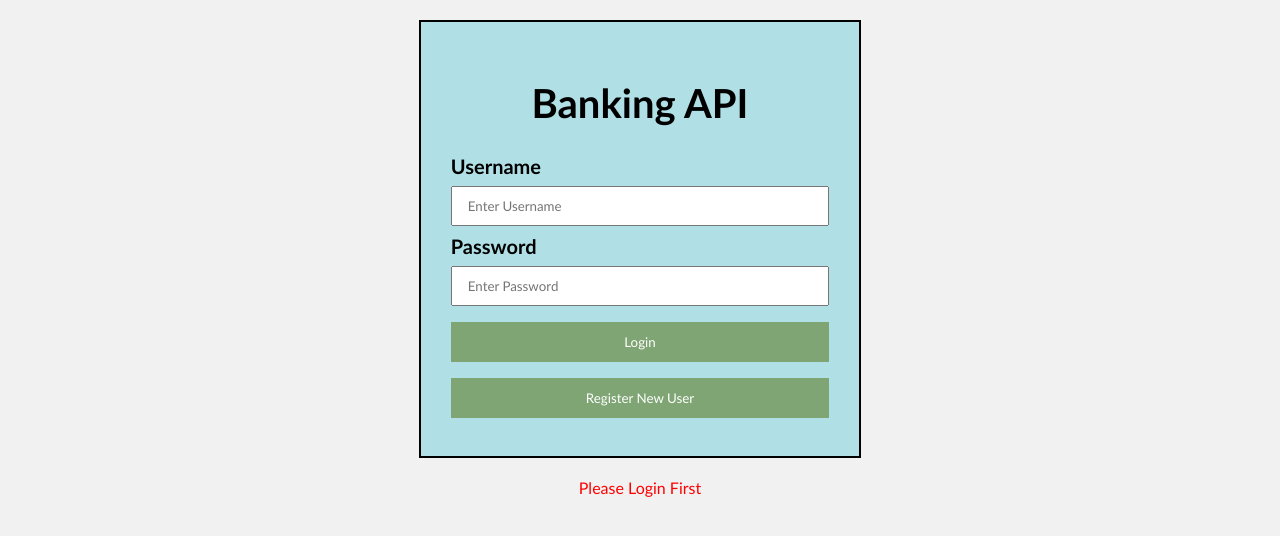
Repository: kennyufish/Revature_ROCP1_Project_Banking_API
Page: http://localhost/banking_api/userInfo
An editor plug-in stored every save of this project. The page is shown before and after the next save, followed by the edit.
The browser window is 1280 px wide. The pictures show the whole page.
The page is served by Tomcat 9. The session is filled in as if someone had signed in: {"accessRole": "admin"}. Other server files are loaded and not shown.

Above is the page before, as saved 2020-10-11 00:00:42.

### banking_api/src/main/webapp/index.html
<!DOCTYPE html>
<html>
<head>
<meta charset="ISO-8859-1">
<title>Banking API Login</title>
<link rel="stylesheet" type="text/css" href="bankapi.css"/>
</head>
<body style="background-color: #f1f1f1">
	<div class="loginLayout">
		<h1 align="center">Banking API</h1>
		<form action="loginUser" method="post">
			<label for="username"><b>Username</b></label>
			<input class="loginInput" type="text" name="username" placeholder="Enter Username" required>
			<label for="password"><b>Password</b></label>
			<input class="loginInput" type="password" name="password" placeholder="Enter Password" required>
			<button type="submit">Login</button>
		</form>

		<form action="registerNewUser">
			<button>Register New User</button>
		</form>
	</div>
</body>
</html>

### banking_api/src/main/java/com/app/banking/controller/UserInfoController.java
package com.app.banking.controller;

import java.io.IOException;
import java.io.PrintWriter;

import javax.servlet.RequestDispatcher;
import javax.servlet.ServletException;
import javax.servlet.http.HttpServlet;
import javax.servlet.http.HttpServletRequest;
import javax.servlet.http.HttpServletResponse;
import javax.servlet.http.HttpSession;

import com.app.banking.exception.BusinessException;
import com.app.banking.exception.UserException;
import com.app.banking.model.User;
import com.app.banking.service.UserInfoService;
import com.app.banking.service.UserInfoServiceImpl;

/**
 * Servlet implementation class UserInfoController
 */
public class UserInfoController extends HttpServlet {
	private static final long serialVersionUID = 1L;

	/**
	 * @see HttpServlet#HttpServlet()
	 */
	public UserInfoController() {
		super();
		// TODO Auto-generated constructor stub
	}

	/**
	 * @see HttpServlet#doGet(HttpServletRequest request, HttpServletResponse
	 *      response)
	 */

	protected void service(HttpServletRequest request, HttpServletResponse response)
			throws ServletException, IOException {

		response.setContentType("text/html");
		HttpSession session = request.getSession(false);
		UserInfoService service = new UserInfoServiceImpl();
		RequestDispatcher requestDispatcher = null;
		PrintWriter out = response.getWriter();

		try {
			// debug
			System.out.println("session id in UserInfoController(): " + session.getId());
			//

			User userSession = (User) session.getAttribute("user");
			User user = service.getUserInfo(userSession.getUsername(), userSession.getPassword());
			requestDispatcher = request.getRequestDispatcher("userInfo.html");
			requestDispatcher.include(request, response);

			out.print("<form action='updateUserInfo' method='post'>");
			out.print("<article><h1>");
			out.print("<table>");

			out.print("</td><tr>");
			out.print("<tr><th>User Role</th><td>");
			out.print(user.getRole().getRole());
			out.print("</td><tr>");
			out.print("<tr><th>User ID</th><td>");
			out.print(user.getUserId());
			out.print("</td><tr>");
			out.print("<tr><th>Username</th><td>");
			out.print(user.getUsername());
			out.print("</td><tr>");
			out.print("<tr><th>User Password</th><td>");
			out.print("<input class='userModifyInput' type='password' name='password' value='");
			out.print(user.getPassword() + "'>");
			out.print("</td><tr>");
			out.print("<tr><th>User First Name</th><td>");
			out.print("<input class='userModifyInput' type='text' name='firstName' value='");
			out.print(user.getFirstName() + "'>");
			out.print("</td><tr>");
			out.print("<tr><th>User Last Name</th><td>");
			out.print("<input class='userModifyInput' type='text' name='lastName' value='");
			out.print(user.getLastName() + "'>");
			out.print("</td><tr>");
			out.print("<tr><th>User Email</th><td>");
			out.print("<input class='userModifyInput' type='text' name='email' value='");
			out.print(user.getEmail() + "'>");

			out.print("</table>");

			out.print("<button type='submit'>Modify Info</button>");
			out.print("</form>");

			out.print("</h1></article>");

		} catch (BusinessException | UserException e) {
			requestDispatcher = request.getRequestDispatcher("index.html");
			requestDispatcher.include(request, response);
			out.print("<center><span style='color:red;'>" + e.getMessage() + "</span></center>");
		} catch (NullPointerException e) {
			requestDispatcher = request.getRequestDispatcher("index.html");
			requestDispatcher.include(request, response);
			out.print("<center><span style='color:red;'>Please Login First</span></center>");
		}
	}

}

### banking_api/src/main/java/com/app/banking/service/UserInfoServiceImpl.java
package com.app.banking.service;

import java.util.ArrayList;
import java.util.List;

import com.app.banking.dao.AccountDAO;
import com.app.banking.dao.AccountDAOImpl;
import com.app.banking.dao.UserDAO;
import com.app.banking.dao.UserDAOImpl;
import com.app.banking.exception.BusinessException;
import com.app.banking.exception.UserException;
import com.app.banking.model.Account;
import com.app.banking.model.AccountStatus;
import com.app.banking.model.AccountType;
import com.app.banking.model.User;

public class UserInfoServiceImpl implements UserInfoService {

	private UserDAO userDao = new UserDAOImpl();
	private AccountDAO accountDao = new AccountDAOImpl();

	@Override
	public User getUserInfo(String username, String password) throws BusinessException, UserException {
		// we can have validation in this service, skipping for simplicity
		User user = new User();
		user = (User) userDao.getUserByUsername(username);
		return user;
	}

	@Override
	public List<Account> getUserAccount(String username) throws BusinessException, UserException {
		List<Account> accountList = accountDao.getAccountByUsername(username);
		return accountList;
	}

	@Override
	public boolean updateUserInfo(User user) throws BusinessException, UserException {

		// updatedUser object
		User updatedUser = (User) user;
		return userDao.updateUser(updatedUser);
	}

}

### banking_api/src/main/java/com/app/banking/dao/UserDAO.java
package com.app.banking.dao;

import java.util.List;

import com.app.banking.exception.UserException;
import com.app.banking.model.Role;
import com.app.banking.model.User;

public interface UserDAO {

	public boolean updateUser(User user) throws UserException;

	public User getUserByUsername(String username) throws UserException;


//	public int addUser(User user) throws UserException;
//
//	// needs only the username to delete a record since its unique
//	public int deleteUser(String username) throws UserException;
//

//
//	// unique
//	public User getUserByUserId(int userId) throws UserException;
//

//	// composite key
//	public User getUserByFullNameBirthday(String firstname, String lastname, String birthDay) throws UserException;
//
//	// unique
//	public User getUserByEmail(String email) throws UserException;
//
//	public List<User> getAllUser() throws UserException;
//
//	public List<User> getUsersByFirstName(String firstName) throws UserException;
//
//	public List<User> getUsersByLastName(String lastName) throws UserException;
//
//	public List<User> getUsersByRole(Role role) throws UserException;

}

### banking_api/src/main/java/com/app/banking/dao/AccountDAO.java
package com.app.banking.dao;

import java.util.List;

import com.app.banking.exception.UserException;
import com.app.banking.model.Account;
import com.app.banking.model.AccountStatus;
import com.app.banking.model.AccountType;
import com.app.banking.model.Role;
import com.app.banking.model.User;

public interface AccountDAO {
	public List<Account> getAccountByUsername(String username) throws UserException;

//
//	public int addAccount(Account account) throws UserException;
//
//	//need to get account first before deleting, so we know the id for sure
//	public int deleteAccount(int accountId) throws UserException;
//
//	public int updateAccount(Account account) throws UserException;
//
//	// unique
//	public Account getAccountByAccountId(int accountId) throws UserException;
//
//
//	public List<Account> getAllAccounts() throws UserException;
//
//	public List<Account> getAccountByStatus(AccountStatus status) throws UserException;
//
//	public List<Account> getAccountByType(AccountType AccountType) throws UserException;

}

### banking_api/src/main/java/com/app/banking/dao/UserDAOImpl.java
package com.app.banking.dao;

import java.sql.Connection;
import java.sql.PreparedStatement;
import java.sql.ResultSet;
import java.sql.SQLException;

import com.app.banking.database.utility.MySqlConnection;
import com.app.banking.exception.UserException;
import com.app.banking.model.Role;
import com.app.banking.model.User;

public class UserDAOImpl implements UserDAO {

	@Override
	public User getUserByUsername(String username) throws UserException {

		User user = new User();
		try (Connection connection = MySqlConnection.getConnection()) {
			String sql = "SELECT userid,username,password,firstname,lastname,email,user.roleid,role "
					+ "FROM bankapi.user INNER JOIN bankapi.role ON user.roleid=role.roleid WHERE username = ?";

			PreparedStatement prepStatement = connection.prepareStatement(sql);
			prepStatement.setString(1, username);

			ResultSet resultSet = prepStatement.executeQuery();

			if (resultSet.next()) {
				user.setUserId(resultSet.getInt("userid"));
				user.setUsername(resultSet.getString("username"));
				user.setPassword(resultSet.getString("password"));
				user.setFirstName(resultSet.getString("firstname"));
				user.setLastName(resultSet.getString("lastname"));
				user.setEmail(resultSet.getString("email"));
				user.setRole(new Role(resultSet.getInt("roleid"), resultSet.getString("role")));
			}

			resultSet.close();

		} catch (ClassNotFoundException | SQLException e) {
			throw new UserException("Contact SYSADMIN : UserDAOImpl ERROR...");
		}

		return user;
	}

	@Override
	public boolean updateUser(User user) throws UserException {

		System.out.println("inside updateUser...");
		try (Connection connection = MySqlConnection.getConnection()) {
			String sql = "UPDATE bankapi.user SET password=?, firstname=?, lastname=?,email=? WHERE user.username=?";

			PreparedStatement prepStatement = connection.prepareStatement(sql);
			prepStatement.setString(1, user.getPassword());
			prepStatement.setString(2, user.getFirstName());
			prepStatement.setString(3, user.getLastName());
			prepStatement.setString(4, user.getEmail());
			prepStatement.setString(5, user.getUsername());
			System.out.println(prepStatement);

			if(prepStatement.executeUpdate() != 0) {
				return true;
			}else {
				return false;
			}

		} catch (ClassNotFoundException | SQLException e) {
			throw new UserException("Contact SYSADMIN : UserDAOImpl ERROR...");
		}

	}

}

### banking_api/src/main/java/com/app/banking/dao/AccountDAOImpl.java
package com.app.banking.dao;

import java.sql.Connection;
import java.sql.PreparedStatement;
import java.sql.ResultSet;
import java.sql.SQLException;
import java.util.ArrayList;
import java.util.List;

import com.app.banking.database.utility.MySqlConnection;
import com.app.banking.exception.UserException;
import com.app.banking.model.Account;
import com.app.banking.model.AccountStatus;
import com.app.banking.model.AccountType;
import com.app.banking.model.Role;

public class AccountDAOImpl implements AccountDAO {

	@Override
	public List<Account> getAccountByUsername(String username) throws UserException {
		List<Account> accountList = new ArrayList<Account>();

		try (Connection connection = MySqlConnection.getConnection()) {
			System.out.println("inside AccDAOImpl();");
			String sql = "SELECT firstname,lastname,user.username,accountid,balance,account.statusid,status,account.typeid,type FROM bankapi.user " +
					"INNER JOIN bankapi.account ON account.username=user.username " +
					"INNER JOIN bankapi.accountstatus ON account.statusid=accountstatus.statusid " +
					"INNER JOIN bankapi.accounttype ON account.typeid=accounttype.typeid " +
					"WHERE user.username=?;";

			PreparedStatement prepStatement = connection.prepareStatement(sql);
			prepStatement.setString(1, username);

			System.out.println("about to execute()....");
			ResultSet resultSet = prepStatement.executeQuery();

			System.out.println("executeQuery()....");
			while (resultSet.next()) {
				Account account = new Account();
				account.setAccountId(resultSet.getInt("accountId"));
				account.setBalance(resultSet.getDouble("balance"));
				account.setStatus(new AccountStatus(resultSet.getInt("statusId"),resultSet.getString("status")));
				account.setType(new AccountType(resultSet.getInt("typeId"),resultSet.getString("type")));
				account.setUsername(username);
				accountList.add(account);
			}

			System.out.println("output result");
			resultSet.close();

		} catch (ClassNotFoundException | SQLException e) {
			throw new UserException("Contact SYSADMIN : AccountDAOImpl ERROR...");
		}

		return accountList;
	}

}

### banking_api/src/main/java/com/app/banking/model/User.java
package com.app.banking.model;

//The User model keeps track of users information.
public class User {
	private int userId;
	private String username;
	private String password;
	private String firstName;
	private String lastName;
	private String email;
	private Role role;

	public User() {
		// TODO Auto-generated constructor stub
	}

	public User(int userId, String username, String password, String firstName, String lastName,
			String email, Role role) {
		super();
		this.userId = userId;
		this.username = username;
		this.password = password;
		this.firstName = firstName;
		this.lastName = lastName;
		this.email = email;
		this.role = role;
	}

	public int getUserId() {
		return userId;
	}

	public void setUserId(int userId) {
		this.userId = userId;
	}

	public String getUsername() {
		return username;
	}

	public void setUsername(String username) {
		this.username = username;
	}

	public String getPassword() {
		return password;
	}

	public void setPassword(String password) {
		this.password = password;
	}

	public String getFirstName() {
		return firstName;
	}

	public void setFirstName(String firstName) {
		this.firstName = firstName;
	}

	public String getLastName() {
		return lastName;
	}

	public void setLastName(String lastName) {
		this.lastName = lastName;
	}

	public String getEmail() {
		return email;
	}

	public void setEmail(String email) {
		this.email = email;
	}

	public Role getRole() {
		return role;
	}

	public void setRole(Role role) {
		this.role = role;
	}

	@Override
	public String toString() {
		return "User [userId=" + userId + ", username=" + username + ", password=" + password + ", firstName="
				+ firstName + ", lastName=" + lastName  + ", email=" + email + ", role="
				+ role + "]";
	}




}

### banking_api/src/main/webapp/bankapi.css
* {
	font-family: "Trebuchet MS", Arial, Helvetica, sans-serif;
	box-sizing: border-box;
}

.loginInput {
	width: 100%;
	padding: 10px 15px;
	margin: 8px 0;
	display: inline-block;
	boxing-sizing: border-box;
}

.loginLayout {
	font-size: 20px;
	background-color: powderblue;
	border: 2px solid black;
	padding: 30px;
	width: 35%;
	margin: 20px auto;
}

.topNoticeGreen {
	color: black;
	background-color: green;
	width: 100%;
	padding: 20px;
	text-align: center;
}

.topNoticeWarning {
	color: black;
	background-color: red;
	width: 100%;
	padding: 20px;
	text-align: center;
}

.topNoticeUpdateSuccess {
	color: white;
	background-color: green;
	width: 100%;
	padding: 20px;
	text-align:left;
}

.topNoticeUpdateFail {
	color: black;
	background-color: red;
	width: 100%;
	padding: 20px;
	text-align:left;
}

.userInfoHeader {
	background-color: #007AA6;
}

.userModifyInput {
	width: 100%;
}

.UserLayout {
	font-size: 20px;
	background-color: powderblue;
	border: 2px solid black;
	padding: 20px;
	width: 100%;
	height: 550px;
	margin: 0 auto;
}

.logoutButton {
	background-color: red;
	color: white;
	padding: 12px 15px;
	margin: 8px 0;
	border: none;
	cursor: pointer;
	width: 100%;
	margin-top: 150px;
}

.subHeading1 {
	font-size: 25px;
	background-color: #007AA6;
	color: white;
	padding: 12px 10px;
	margin: 8px 0;
	border: none;
	width: 800px;
	display: block;
}

.smallButton {
	background-color: #804000;
	color: white;
	padding: 12px 10px;
	margin: 8px 0;
	margin-right:8px;
	border: none;
	cursor: pointer;
	width: 150px;
}

.smallButtonFullWidth {
	background-color: #804000;
	color: white;
	padding: 12px 10px;
	margin: 8px 0;
	margin-right:8px;
	border: none;
	cursor: pointer;
	width: 100%;
}

.findBar{
	width: 640px;
	display: inline;
	float: left;
	border-style:hidden;
}

.findButton{
	float:left;
	margin-left:10px;
}

/*Common styling*/
header{
	opacity: 0.7;
	color: white;
	padding: 30px;
	font-size: 30px;
	height: 100px;
	width: 100%;
}
nav{
	float: left;
	width: 200px;
	background-color: #5BBCDF;
	padding: 20px;
	height: 500px;
}
article {
	witdth: 100%;
	height: 500px;
	background-color: powderblue;
	padding: 20px;
	margin-left: 200px;
	overflow: auto;
}

th {
	background-color: #007AA6;
	color: white;
}

tr:hover {
	background-color: #7FA574;
}

table, td, th {
	border-collapse: collapse;
	text-align: left;
	border: 1px solid black;
	padding: 8px 15px;
	width:800px;
}

button {
	background-color: #7FA574;
	color: white;
	padding: 12px 10px;
	margin: 8px 0;
	border: none;
	cursor: pointer;
	width: 100%;
}

button:hover {
	opacity: 0.7
}

After the next save:
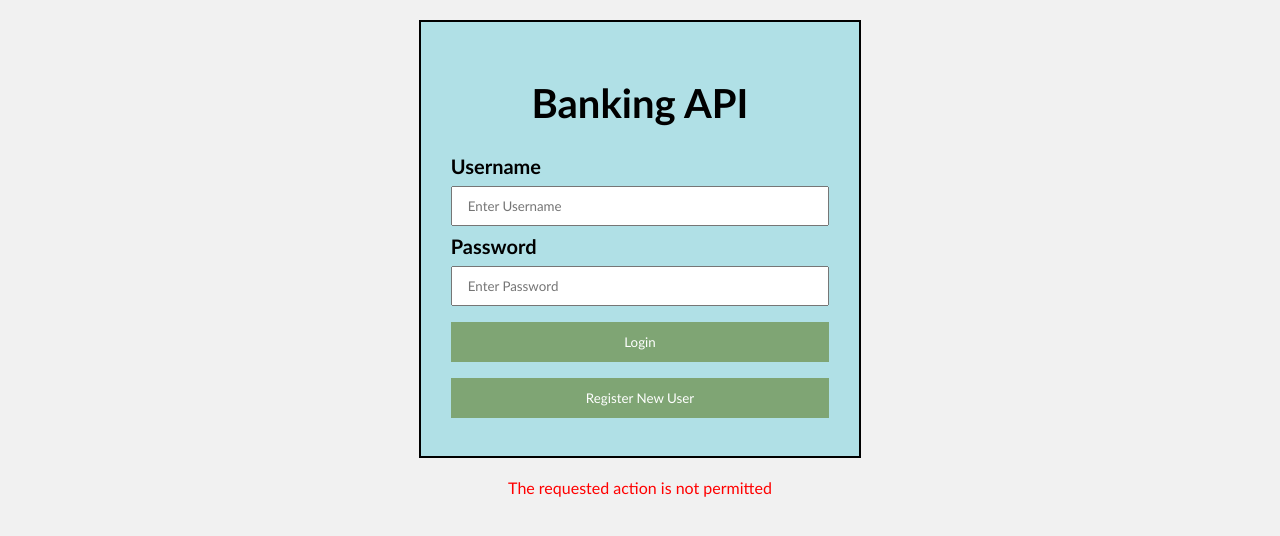
Saved 89 s later.
--- a/banking_api/src/main/java/com/app/banking/controller/UserInfoController.java
+++ b/banking_api/src/main/java/com/app/banking/controller/UserInfoController.java
@@ -98,7 +98,7 @@ public class UserInfoController extends HttpServlet {
 		} catch (NullPointerException e) {
 			requestDispatcher = request.getRequestDispatcher("index.html");
 			requestDispatcher.include(request, response);
-			out.print("<center><span style='color:red;'>Please Login First</span></center>");
+			out.print("<center><span style='color:red;'>The requested action is not permitted</span></center>");
 		}
 	}
 
